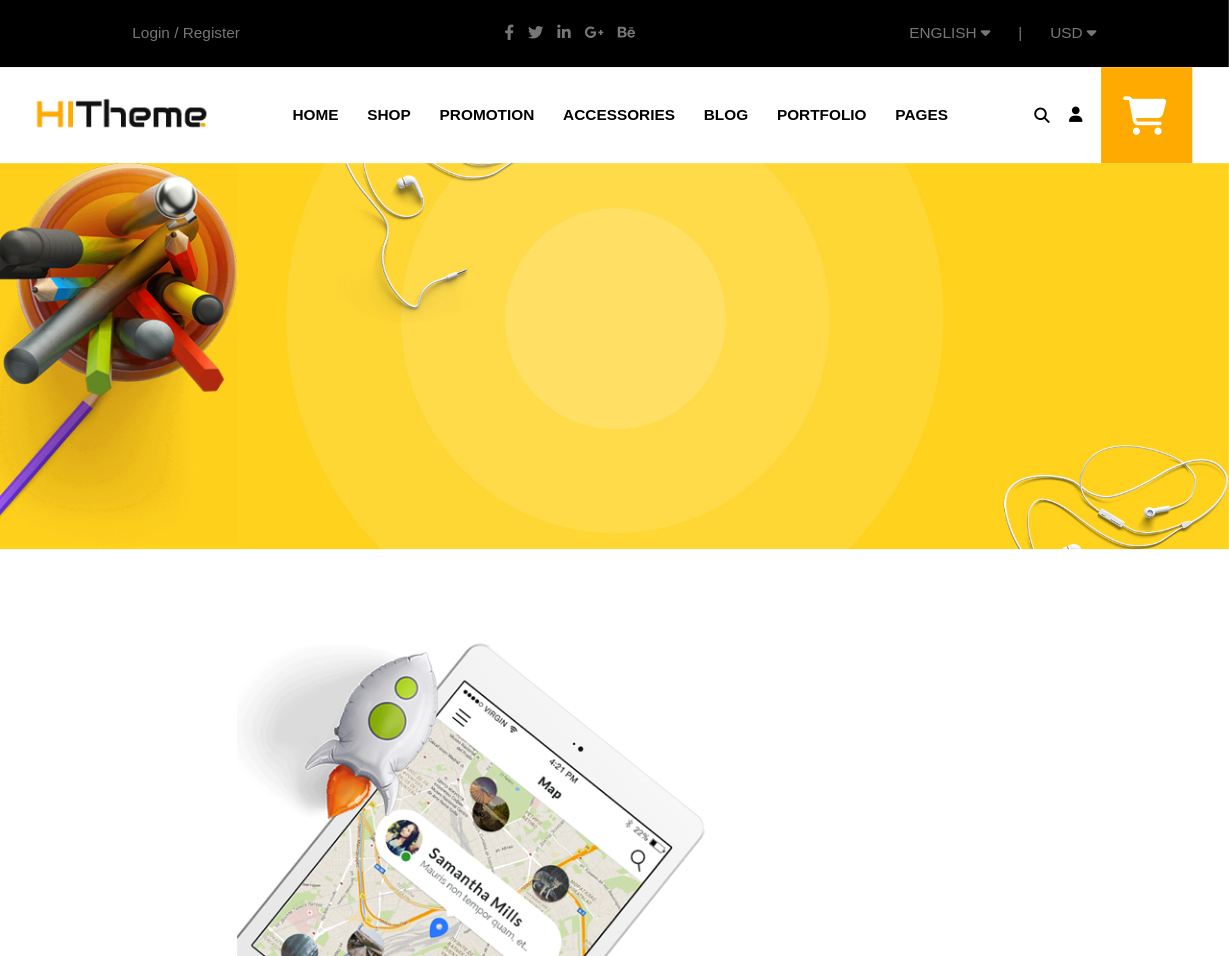
Repository: Thach1311/DU-AN-WEB-BAN-HANG-
Page: index1.html
These files come from the project's save history. The page is drawn as it stood at one moment and after the next save; the edit follows.
The browser window is 1280 px wide. The pictures show the whole page, at 96% of full size.

Above is the page before, as saved 2023-02-23 17:30:08.

After the next save:
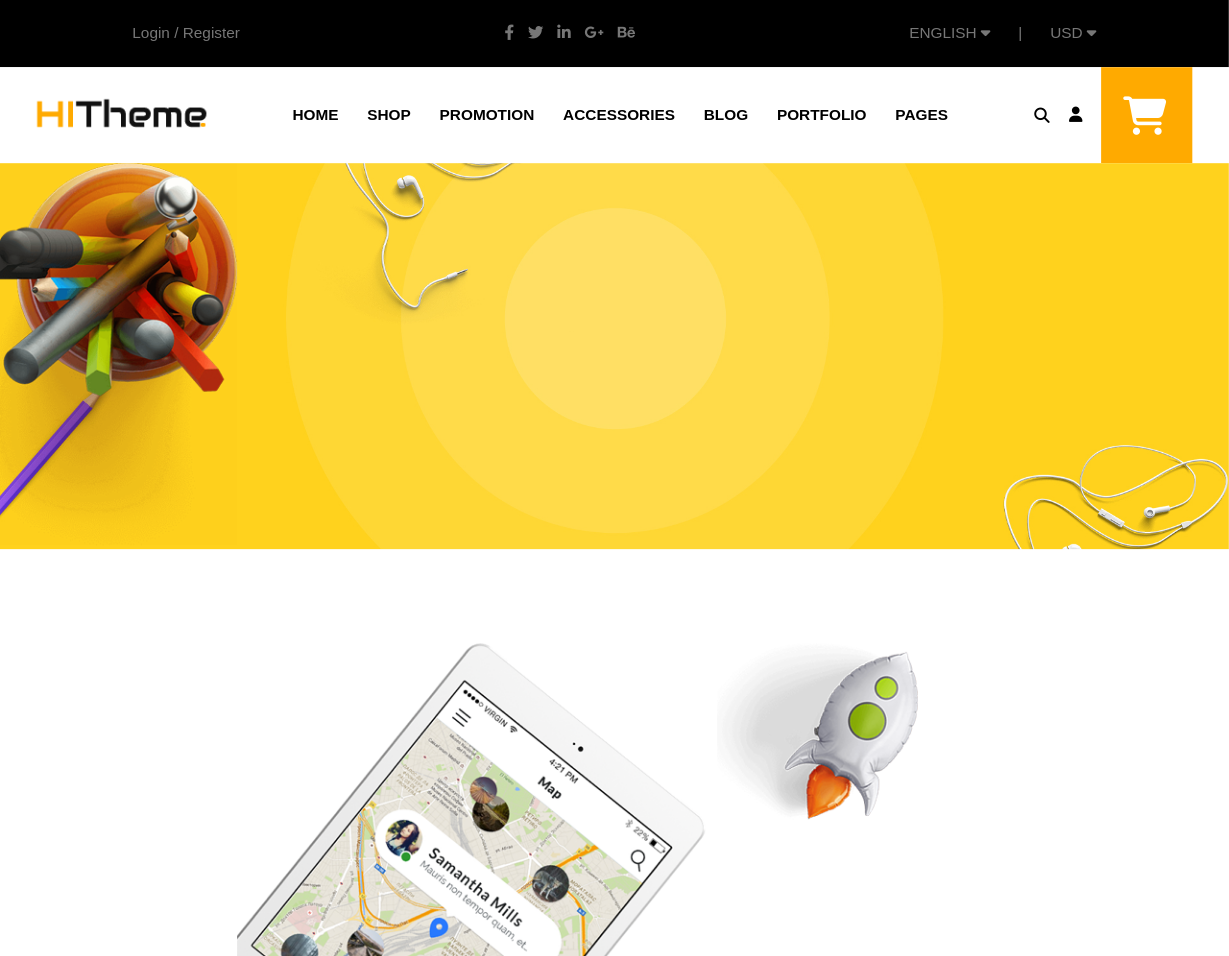
Saved 2 s later.
--- a/CSS/style1.css
+++ b/CSS/style1.css
@@ -625,7 +625,7 @@
 .slide__bgMain-item4{
     position: absolute;
     margin-top: 500px;
-    mar 500px;
+    margin-left:  500px;
 
 }
 /* Animation */
